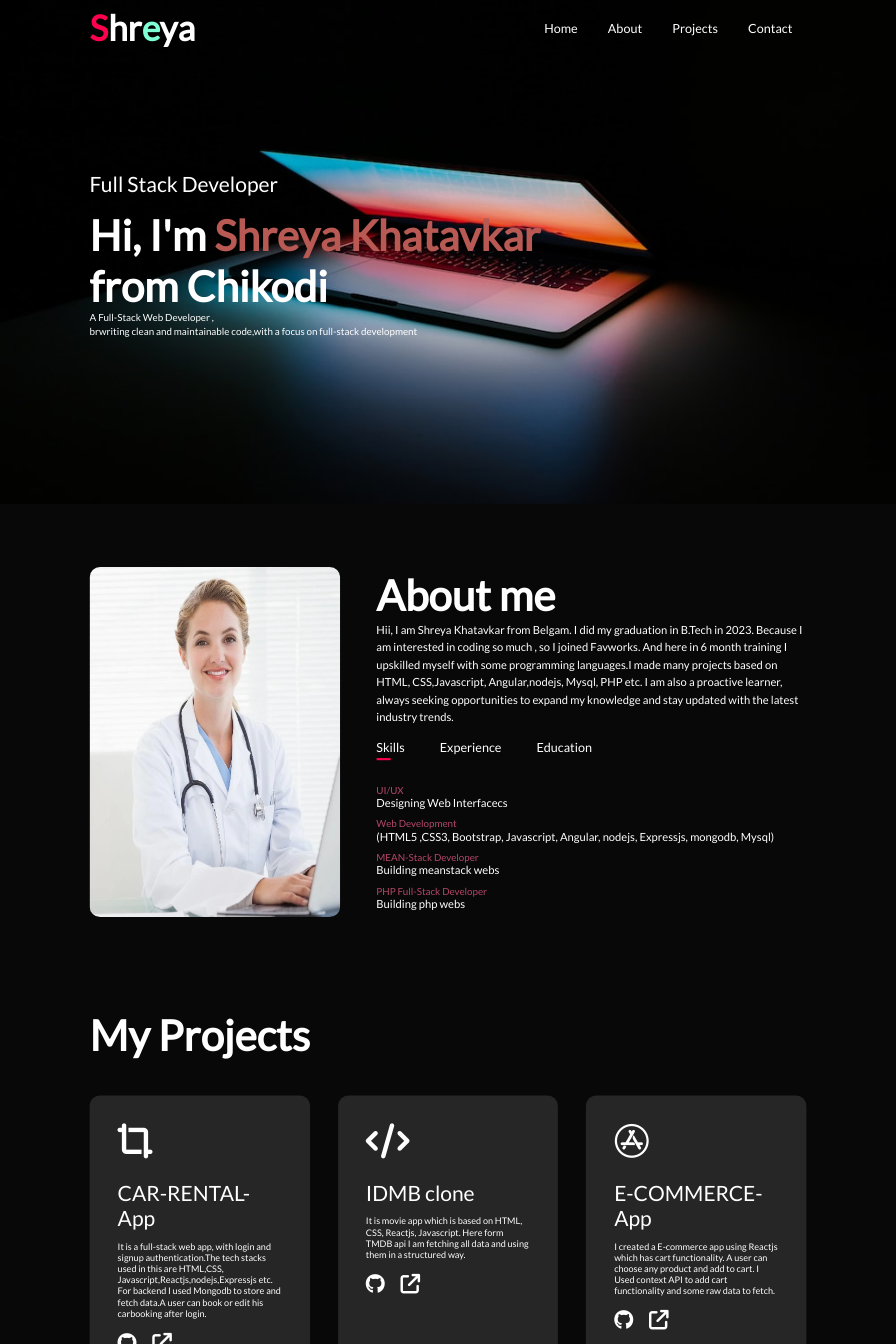
Repository: Shreya-0107/My-Portfoilo
Page: index.html
These files come from the project's save history. The page is drawn as it stood at one moment and after the next save; the edit follows.
The browser window is 1280 px wide. The pictures show the part of the page from y = 0 to 1920 px (the page is 3302 px tall), at 70% of full size.
Some web libraries are served in a nearby version.

Above is the page before, as saved 2024-05-03 13:09:49.

After the next save:
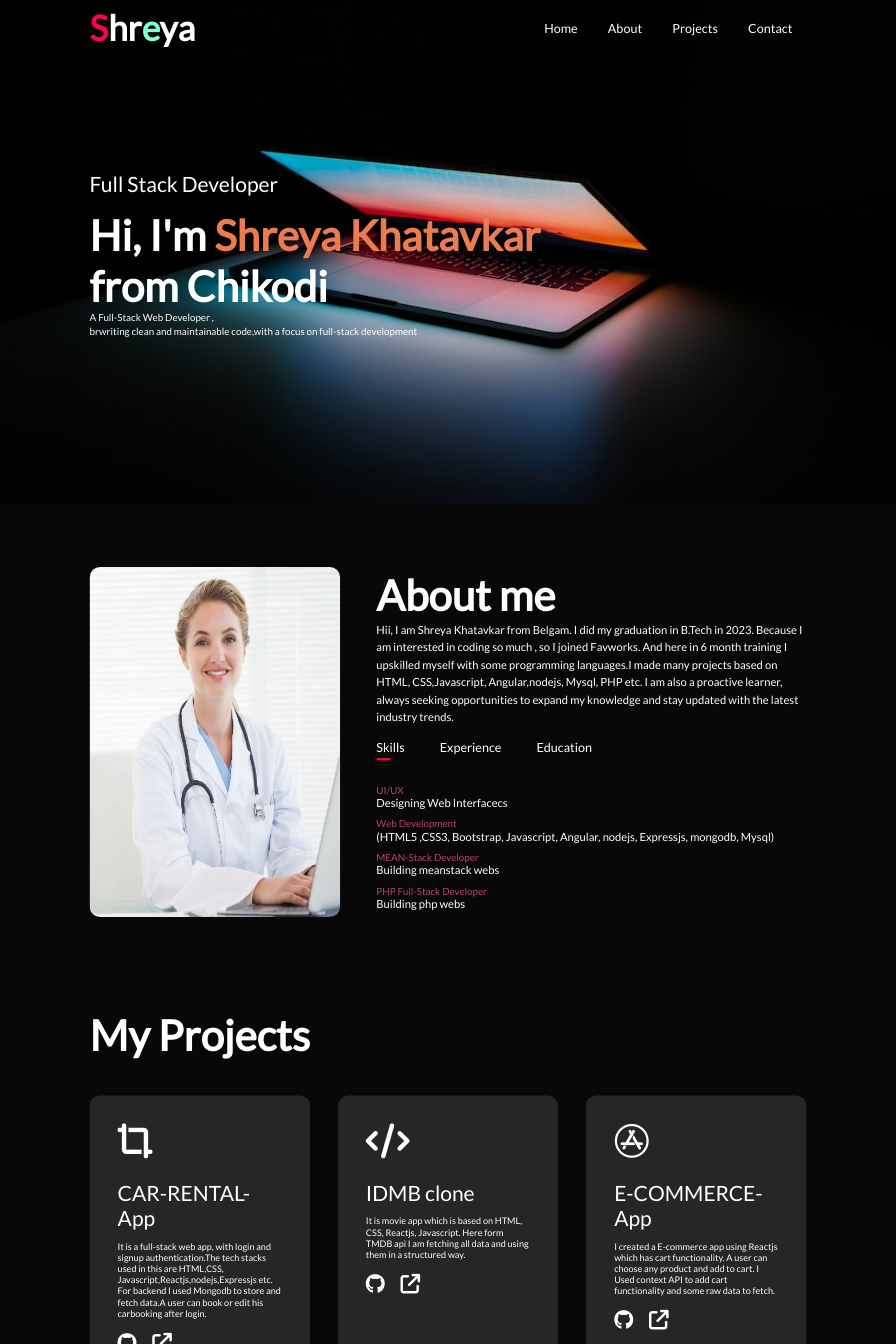
Saved 90 s later.
--- a/style.css
+++ b/style.css
@@ -67,7 +67,7 @@ nav ul li a:hover::after {
   margin-top: 20px;
 }
 .header-text h1 span {
-  color: #B85954;
+  color: #EB7B51;
 }
 
 /* ---------------about-------------- */
